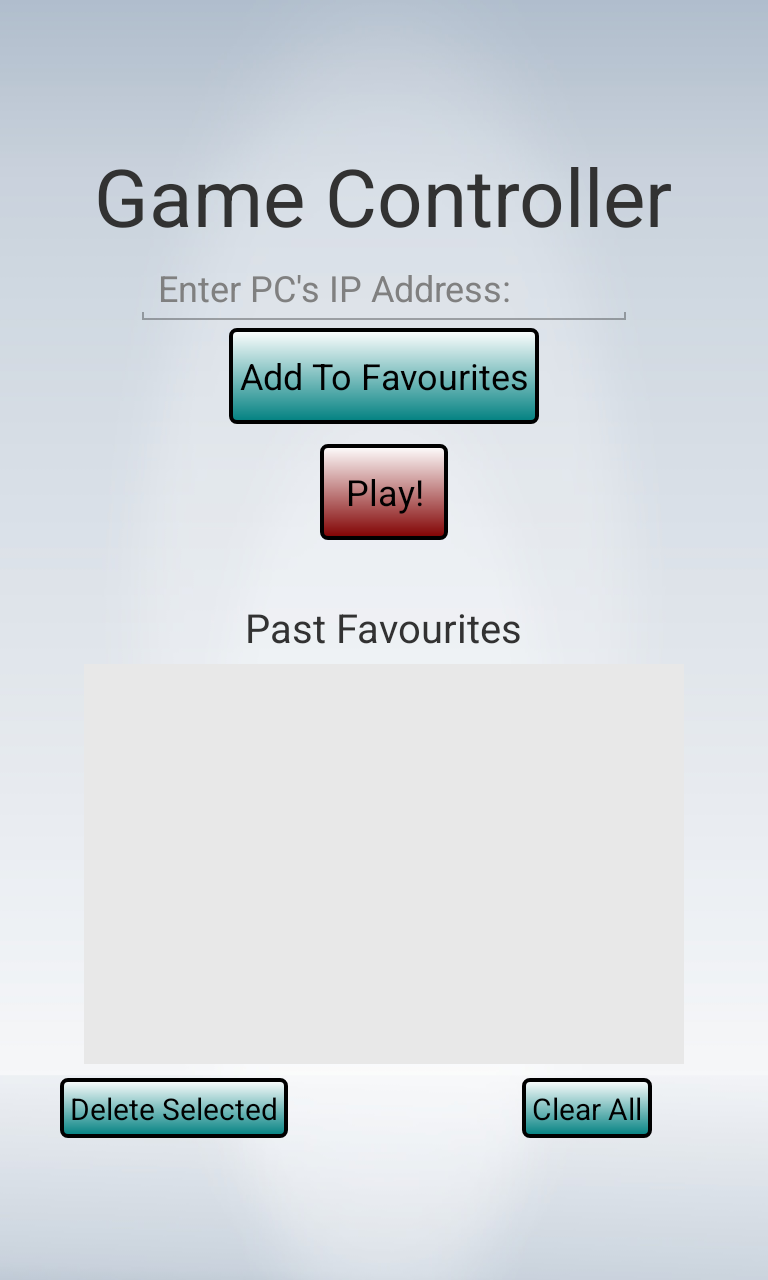
Repository: neha01mittal/AndroidGameController
Layout: AndroidTCPComm/AndroidGameController/GameControllerDataTransfer/res/layout/activity_usb.xml
These files come from the project's save history. The layout is drawn as it stood at one moment and after the next save; the edit follows.
It is drawn on a 768 x 1280 px phone screen (xhdpi) without system bars, with theme AppTheme; the app's code is not run. Lists and similar views that code fills are empty.

Above is the layout before, as saved 2013-12-11 19:36:27.

### AndroidTCPComm/AndroidGameController/GameControllerDataTransfer/res/layout/activity_usb.xml
<?xml version="1.0" encoding="utf-8"?>

    <LinearLayout xmlns:android="http://schemas.android.com/apk/res/android"
        android:layout_width="fill_parent"
        android:layout_height="fill_parent"
        android:background="@drawable/background1"
        android:gravity="center_vertical"
        android:orientation="vertical" >

        <TextView
            android:layout_width="wrap_content"
            android:layout_height="wrap_content"
            android:layout_gravity="center"
            android:text="@string/game_controller"
            android:textSize="40sp" />

        <EditText
            android:id="@+id/user_input"
            android:layout_width="250dp"
            android:layout_height="wrap_content"
            android:layout_gravity="center"
            android:hint="@string/enter_ipaddress" />

        <Button
            android:id="@+id/addToFavourites"
            android:layout_width="wrap_content"
            android:layout_height="wrap_content"
            android:layout_gravity="center"
            android:background="@layout/button_background"
            android:padding="5dp"
            android:text="@string/addToFavourites" />

        <View
            android:layout_width="1dp"
            android:layout_height="10dp" >
        </View>

        <Button
            android:id="@+id/play"
            android:layout_width="wrap_content"
            android:layout_height="wrap_content"
            android:layout_gravity="center"
            android:background="@layout/button_background_red"
            android:padding="5dp"
            android:text="@string/play" />

        <!-- blank spaces -->

        <View
            android:layout_width="1dp"
            android:layout_height="30dp" >
        </View>

        <TextView
            android:layout_width="wrap_content"
            android:layout_height="wrap_content"
            android:layout_gravity="center"
            android:text="@string/ip_list"
            android:textSize="20sp" />

        <View
            android:layout_width="1dp"
            android:layout_height="5dp" >
        </View>

        <ListView
            android:id="@android:id/list"
            android:layout_width="300dp"
            android:layout_height="200dp"
            android:layout_gravity="center"
            android:background="#E8E8E8"
            android:divider="#00000000"
            android:dividerHeight="10dp"
            android:drawSelectorOnTop="true"
            android:textFilterEnabled="true" />

        <View
            android:layout_width="1dp"
            android:layout_height="7dp" >
        </View>

        <LinearLayout
            android:id="@+id/linear_layout"
            android:layout_width="match_parent"
            android:layout_height="wrap_content"
            android:orientation="horizontal" >

            <Button
                android:id="@+id/delete"
                android:layout_width="wrap_content"
                android:layout_height="30dp"
                android:layout_gravity="right"
                android:layout_marginLeft="30dp"
                android:layout_marginRight="117dp"
                android:background="@layout/button_background"
                android:padding="5dp"
                android:text="@string/delete"
                android:textSize="15sp" />

            <Button
                android:id="@+id/clearList"
                android:layout_width="wrap_content"
                android:layout_height="30dp"
                android:layout_gravity="left"
                android:layout_marginRight="10dp"
                android:background="@layout/button_background"
                android:padding="5dp"
                android:text="@string/clearList"
                android:textSize="15sp" />
        </LinearLayout>
    </LinearLayout>

### AndroidTCPComm/AndroidGameController/GameControllerDataTransfer/res/values/strings.xml
<?xml version="1.0" encoding="utf-8"?>
<resources>

    <string name="app_name">Game Controller</string>
    <string name="welcome_message">Are you ready for the experience??\n\n Please chhose the connection mode from the choices below:</string>
    <string name="action_settings">Settings</string>
    <string name="usb">Connect using USB cable!</string>
    <string name="bluetooth">Connect using bluetooth</string>
    <string name="wifi">Connect using Wifi</string>
    <string name="hello">Hello world!</string>
    <string name="send">Send</string>
	<string name="enter_ipaddress">Enter PC\'s IP Address:</string>
	<string name="play">Play!</string>
	<string name="ok">OK</string>
	<string name="cancel">Cancel</string>
	<string name="addToFavourites">Add To Favourites</string>
	<string name="clearList">Clear All</string>
	<string name="IPV4">IPV4</string>
	<string name="game_controller">Game Controller</string>
	<string name="delete">Delete Selected</string>
	<string name="ip_list">Past Favourites</string>
	<string name="confirm_clear_list">Are you sure you want to delete all the IP addresses? </string>
	<string name="get_rest_position_message">Hold your phone horizontally at a comfortable angle.\n Press OK while holding the phone in that position.</string>
</resources>

### AndroidTCPComm/AndroidGameController/GameControllerDataTransfer/res/layout/button_background.xml
<?xml version="1.0" encoding="utf-8"?>
<shape xmlns:android="http://schemas.android.com/apk/res/android"
  android:shape="rectangle">
  <gradient android:startColor="#FFFFFF"
    android:endColor="#008080"
    android:angle="270" />
  <corners android:radius="3dp" />
  <stroke android:width="2dp" android:color="#000000" />
</shape>

### AndroidTCPComm/AndroidGameController/GameControllerDataTransfer/res/layout/button_background_red.xml
<?xml version="1.0" encoding="utf-8"?>
<shape xmlns:android="http://schemas.android.com/apk/res/android"
  android:shape="rectangle">
  <gradient android:startColor="#FFFFFF"
    android:endColor="#800000"
    android:angle="270" />
  <corners android:radius="3dp" />
  <stroke android:width="2dp" android:color="#000000" />
</shape>

Loaded but not shown: AndroidTCPComm/AndroidGameController/GameControllerDataTransfer/res/values/styles.xml (common file); AndroidTCPComm/AndroidGameController/GameControllerDataTransfer/res/values-v11/styles.xml (common file); AndroidTCPComm/AndroidGameController/GameControllerDataTransfer/res/values-v14/styles.xml (common file)

After the next save:
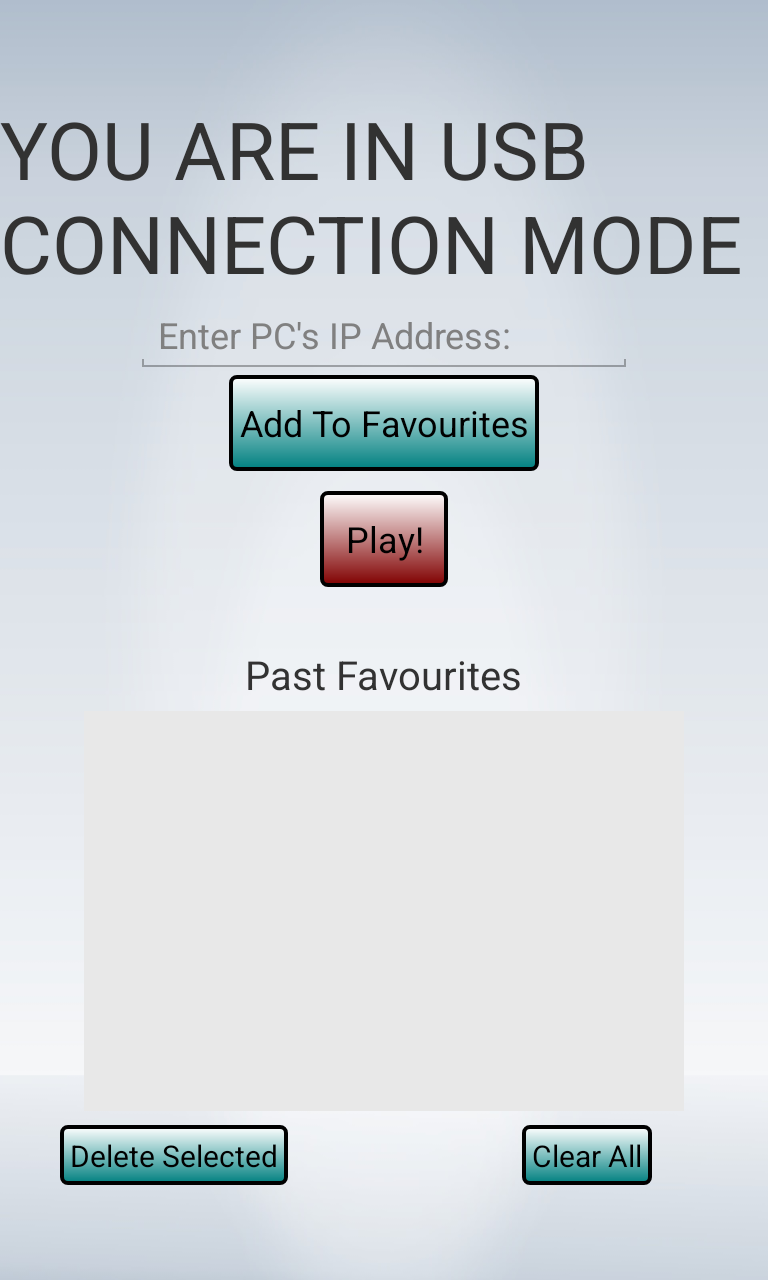
Saved 75 s later.
--- a/AndroidTCPComm/AndroidGameController/GameControllerDataTransfer/res/layout/activity_usb.xml
+++ b/AndroidTCPComm/AndroidGameController/GameControllerDataTransfer/res/layout/activity_usb.xml
@@ -11,7 +11,7 @@
             android:layout_width="wrap_content"
             android:layout_height="wrap_content"
             android:layout_gravity="center"
-            android:text="@string/game_controller"
+            android:text="YOU ARE IN USB CONNECTION MODE"
             android:textSize="40sp" />
 
         <EditText
